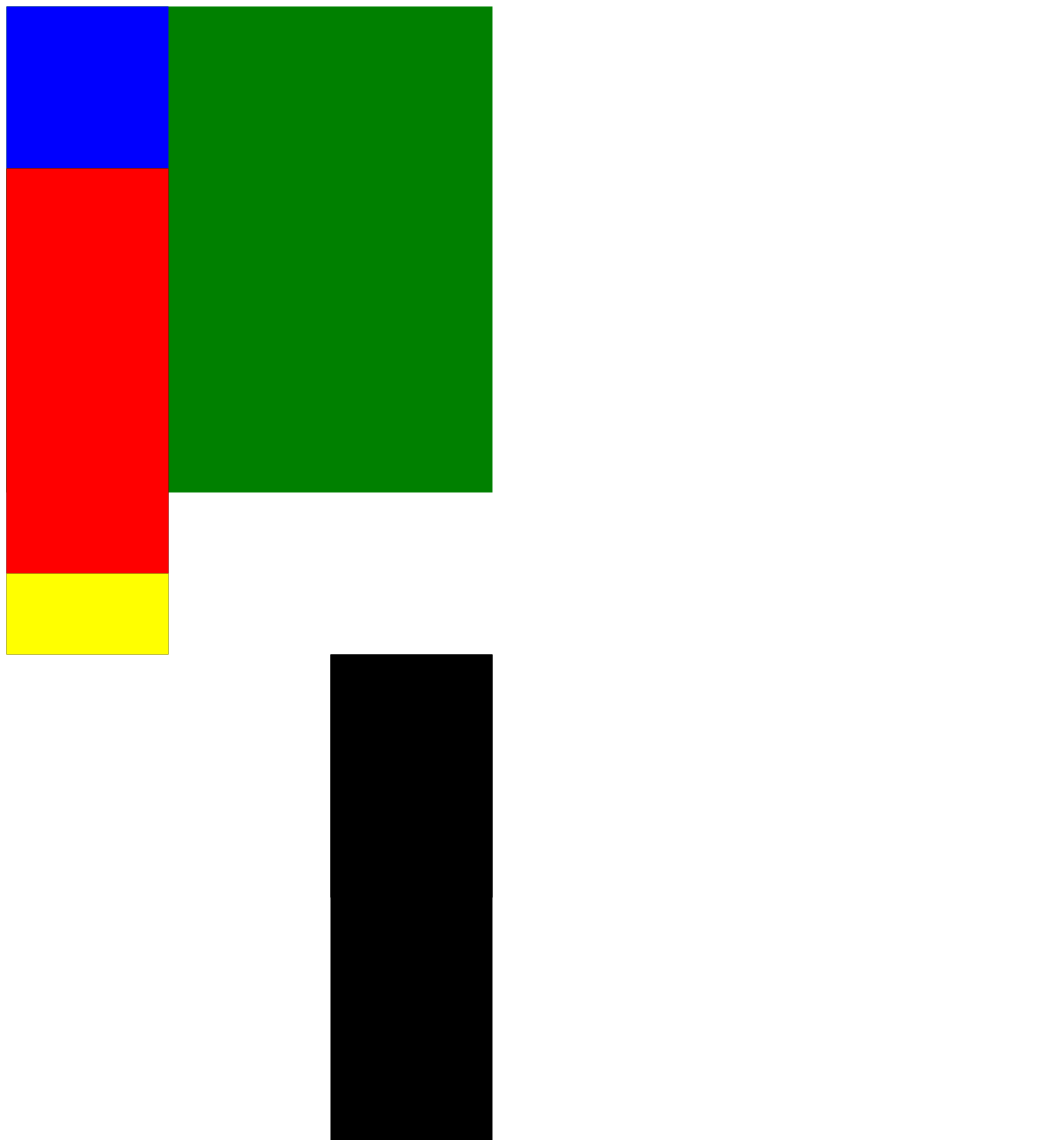
Repository: Seokho96/CSSPractice
Page: css/work01/WebContent/index01.html
The author's editor kept a copy of each file at every save. The page is drawn from the files as they stood at one save, then again after the next save.
The browser window is 1280 px wide. The pictures show the whole page, at 81% of full size.

Above is the page before, as saved 2020-07-13 05:49:50.

After the next save:
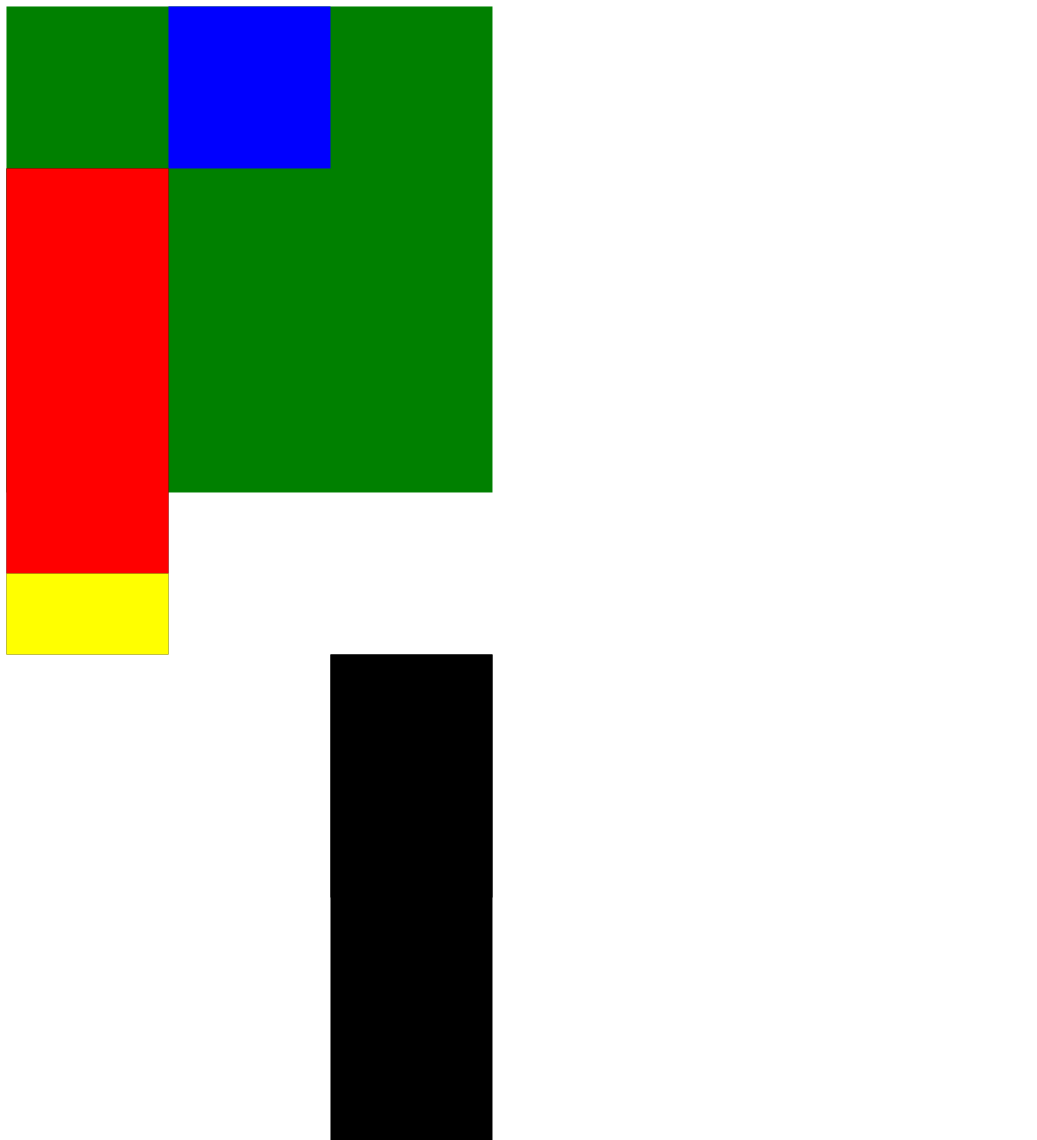
Saved 9 s later.
--- a/css/work01/WebContent/index01.html
+++ b/css/work01/WebContent/index01.html
@@ -15,7 +15,7 @@
   width: 200px;
   height: 200px;
   background-color: blue;
-  margin-right: 200px;
+  margin-left: 200px;
 }
 
 #left{
